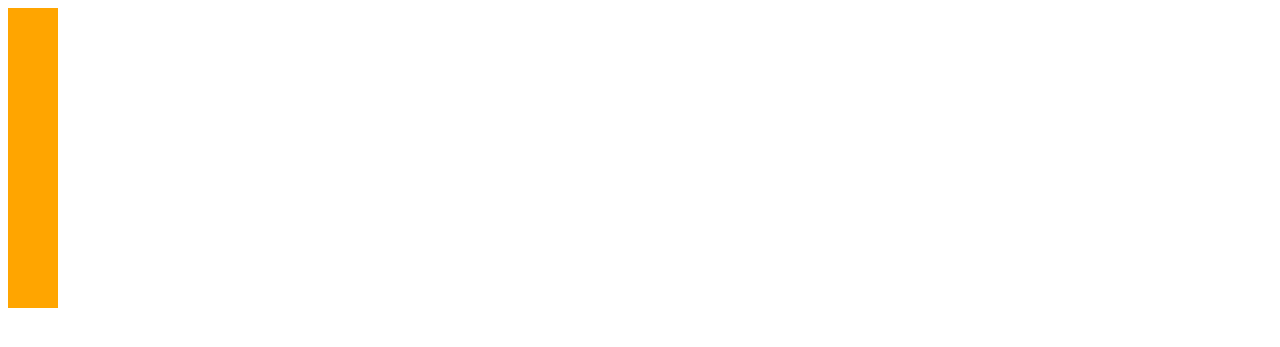
Repository: shouvoo/bitAcademy
Page: work/jsp/06_javascript/WebContent/09_jquery/06_effect/test04.html
The author's editor kept a copy of each file at every save. The page is drawn from the files as they stood at one save, then again after the next save.
The browser window is 1280 px wide. The pictures show the whole page.
After loading, the first visible `div` was clicked once.

Above is the page before, as saved 2017-11-27 03:05:47.
Console error: TypeError: $(...).animateToggle is not a function

After the next save:
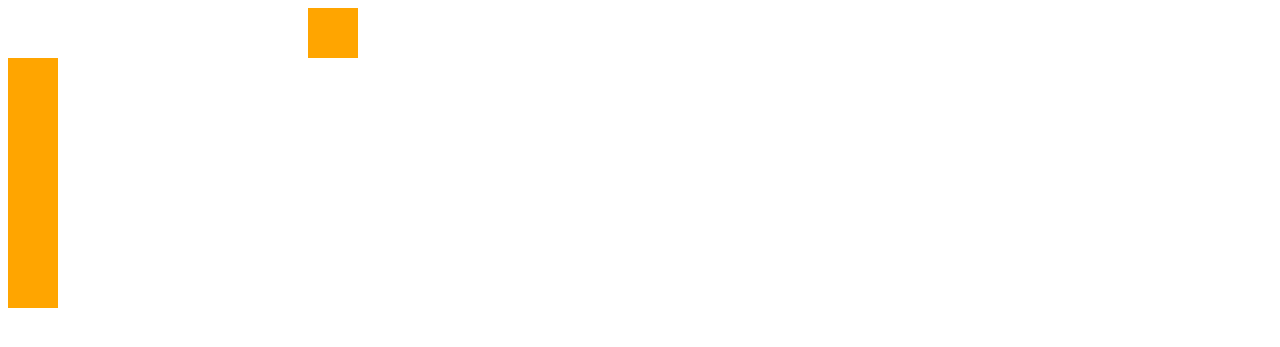
The error is gone.
Saved 24 s later.
--- a/work/jsp/06_javascript/WebContent/09_jquery/06_effect/test04.html
+++ b/work/jsp/06_javascript/WebContent/09_jquery/06_effect/test04.html
@@ -19,7 +19,7 @@
     <div></div><div></div>
     <script>
 		$("div").click(function(){
-			$(this).animateToggle({left: 300}, "slow");
+			$(this).animate({left: 300}, "slow");
 		});
     </script>
 </body>
